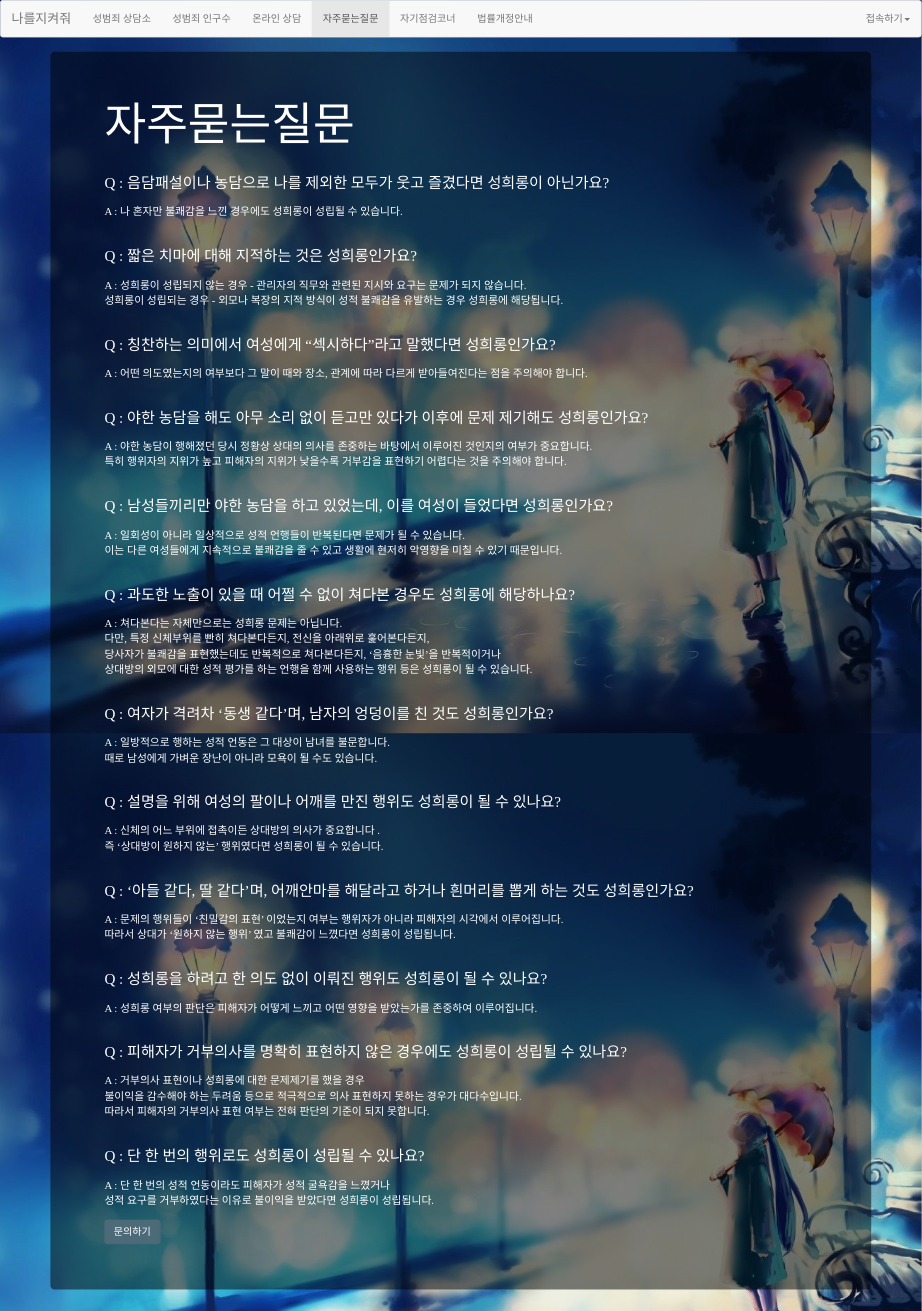
Repository: protection2453/Protect-Me
Page: http://localhost/BBS/question.jsp
These files come from the project's save history. The page is drawn as it stood at one moment and after the next save; the edit follows.
The browser window is 1280 px wide. The pictures show the whole page, at 72% of full size.
Backgrounds fixed to the window are drawn as part of the page. Some web fonts or font styles are not loaded; a fallback is used. Some web libraries are served in a nearby version. The page is served by Tomcat 9. Other server files are loaded and not shown.

Above is the page before, as saved 2019-08-22 06:46:21.

### source/DJHW_WEB/projects/BBS/WebContent/question.jsp
<%@ page language="java" contentType="text/html; charset=UTF-8"
    pageEncoding="UTF-8"%>
<%@ page import="java.io.PrintWriter" %>
<!DOCTYPE html>
<html>
<head>
<meta charset="UTF-8">
<meta name="viewport" content="width=device-width">
<link rel="stylesheet" href="css/bootstrap.css">
<link rel="stylesheet" href="css/custom.css">
<title>나를지켜줘</title>
</head>
<body>
	<%
	//==========자주묻는질문==========
		//세션이 유지되는지 검사
		String userID = null;
		if(session.getAttribute("userID") != null) {
			userID = (String) session.getAttribute("userID");
		}
	%>
	<nav class="navbar navbar-default">
		<div class="navbar-header">
			<button type="button" class="navbar-toggle collapsed"
				data-toggle="collapse" data-target="#bs-example-navbar-collapse-1"
				aria-expanded="false">
				<span class="icon-bar"></span>
				<span class="icon-bar"></span>
				<span class="icon-bar"></span>
			</button>
			<a class="navbar-brand" href="main.jsp">나를지켜줘</a>
		</div>
		<div class="collapse navbar-collapse" id="bs-example-navbar-collapse-1">
			<ul class="nav navbar-nav">
				<li><a href="main.jsp">성범죄 상담소</a></li>
				<li><a href="population.jsp">성범죄 인구수</a></li>
				<li><a href="bbs.jsp">온라인 상담</a></li>
				<li class="active"><a href="question.jsp">자주묻는질문</a></li>
				<li><a href="check.jsp">자기점검코너</a></li>
				<li><a href="law.jsp">법률개정안내</a></li>
				<%
				if("admin".equals(userID)) {
				%>
				<li><a href="admin.jsp">관리자페이지</a></li>
				<%
					}
				%>
			</ul>
			<%
				//세션이 없다면 -> 로그인, 회원가입 가능
				if(userID == null) {
			%>
			<ul class="nav navbar-nav navbar-right">
				<li class="dropdown">
					<a href="#" class="dropdown-toggle"
						data-toggle="dropdown" role="button" aria-haspopup="true"
						aria-expanded="false">접속하기<span class="caret"></span></a>
					<ul class="dropdown-menu">
						<li><a href="login.jsp">로그인</a></li>
						<li><a href="join.jsp">회원가입</a></li>
					</ul>
				</li>
			</ul>
			<%
				//세션이 있다면 -> 로그아웃, 회원탈퇴 가능
				} else {
			%>
			<ul class="nav navbar-nav navbar-right">
				<li class="dropdown">
					<a href="#" class="dropdown-toggle"
						data-toggle="dropdown" role="button" aria-haspopup="true"
						aria-expanded="false">회원관리<span class="caret"></span></a>
					<ul class="dropdown-menu">
						<li><a href="logoutAction.jsp">로그아웃</a></li>
						<li><a onclick="return confirm('정말로 탈퇴하시겠습니까?')" href="removeAction.jsp">회원탈퇴</a></li>
					</ul>
				</li>
			</ul>
			<%
				}
			%>
		</div>
	</nav>
	<div class="container">
		<div class="jumbotron">
			<div class="container">
				<h1>자주묻는질문</h1>
				<br />
				<p>Q : 음담패설이나 농담으로 나를 제외한 모두가 웃고 즐겼다면 성희롱이 아닌가요?</p>
				<p id="questionstring">A : 나 혼자만 불쾌감을 느낀 경우에도 성희롱이 성립될 수 있습니다.</p>
				<br />
				<p>Q : 짧은 치마에 대해 지적하는 것은 성희롱인가요?</p>
				<p id="questionstring">A : 성희롱이 성립되지 않는 경우 - 관리자의 직무와 관련된 지시와 요구는 문제가 되지 않습니다.
					<br />성희롱이 성립되는 경우 - 외모나 복장의 지적 방식이 성적 불쾌감을 유발하는 경우 성희롱에 해당됩니다.</p>
				<br />
				<p>Q : 칭찬하는 의미에서 여성에게 “섹시하다”라고 말했다면 성희롱인가요?</p>
				<p  id="questionstring">A : 어떤 의도였는지의 여부보다 그 말이 때와 장소, 관계에 따라 다르게 받아들여진다는 점을 주의해야 합니다.</p>
				<br />
				<p>Q : 야한 농담을 해도 아무 소리 없이 듣고만 있다가 이후에 문제 제기해도 성희롱인가요?</p>
				<p id="questionstring">A :  야한 농담이 행해졌던 당시 정황상 상대의 의사를 존중하는 바탕에서 이루어진 것인지의 여부가 중요합니다.
					<br />특히 행위자의 지위가 높고 피해자의 지위가 낮을수록 거부감을 표현하기 어렵다는 것을 주의해야 합니다.</p>
				<br />
				<p>Q : 남성들끼리만 야한 농담을 하고 있었는데, 이를 여성이 들었다면 성희롱인가요?</p>
				<p id="questionstring">A : 일회성이 아니라 일상적으로 성적 언행들이 반복된다면 문제가 될 수 있습니다.
					<br /> 이는 다른 여성들에게 지속적으로 불쾌감을 줄 수 있고 생활에 현저히 악영향을 미칠 수 있기 때문입니다.</p>
				<br />
				<p>Q : 과도한 노출이 있을 때 어쩔 수 없이 쳐다본 경우도 성희롱에 해당하나요?</p>
				<p id="questionstring">A : 쳐다본다는 자체만으로는 성희롱 문제는 아닙니다.
					<br /> 다만, 특정 신체부위를 빤히 쳐다본다든지, 전신을 아래위로 훑어본다든지,
					<br /> 당사자가 불쾌감을 표현했는데도 반복적으로 쳐다본다든지, ‘음흉한 눈빛’을 반복적이거나
					<br /> 상대방의 외모에 대한 성적 평가를 하는 언행을 함께 사용하는 행위 등은 성희롱이 될 수 있습니다.</p>
				<br />
				<p>Q : 여자가 격려차 ‘동생 같다’며, 남자의 엉덩이를 친 것도 성희롱인가요?</p>
				<p id="questionstring">A : 일방적으로 행하는 성적 언동은 그 대상이 남녀를 불문합니다.
					<br /> 때로 남성에게 가벼운 장난이 아니라 모욕이 될 수도 있습니다.</p>
				<br />
				<p>Q : 설명을 위해 여성의 팔이나 어깨를 만진 행위도 성희롱이 될 수 있나요?</p>
				<p id="questionstring">A : 신체의 어느 부위에 접촉이든 상대방의 의사가 중요합니다 .
					<br /> 즉 ‘상대방이 원하지 않는’ 행위였다면 성희롱이 될 수 있습니다.</p>
				<br />
				<p>Q : ‘아들 같다, 딸 같다’며, 어깨안마를 해달라고 하거나 흰머리를 뽑게 하는 것도 성희롱인가요?</p>
				<p id="questionstring">A : 문제의 행위들이 ‘친밀감의 표현’ 이었는지 여부는 행위자가 아니라 피해자의 시각에서 이루어집니다.
					<br /> 따라서 상대가 ‘원하지 않는 행위’ 였고 불쾌감이 느꼈다면 성희롱이 성립됩니다.</p>
				<br />
				<p>Q : 성희롱을 하려고 한 의도 없이 이뤄진 행위도 성희롱이 될 수 있나요?</p>
				<p id="questionstring">A : 성희롱 여부의 판단은 피해자가 어떻게 느끼고 어떤 영향을 받았는가를 존중하여 이루어집니다.</p>
				<br />
				<p>Q : 피해자가 거부의사를 명확히 표현하지 않은 경우에도 성희롱이 성립될 수 있나요?</p>
				<p id="questionstring">A : 거부의사 표현이나 성희롱에 대한 문제제기를 했을 경우
					<br /> 불이익을 감수해야 하는 두려움 등으로 적극적으로 의사 표현하지 못하는 경우가 대다수입니다.
					<br /> 따라서 피해자의 거부의사 표현 여부는 전혀 판단의 기준이 되지 못합니다.</p>
				<br />
				<p>Q : 단 한 번의 행위로도 성희롱이 성립될 수 있나요?</p>
				<p id="questionstring">A : 단 한 번의 성적 언동이라도 피해자가 성적 굴욕감을 느꼈거나
					<br /> 성적 요구를 거부하였다는 이유로 불이익을 받았다면 성희롱이 성립됩니다.</p>

				<p><a class="btn btn-primary btn-pull" href="#" role="button">문의하기</a>
			</div>
		</div>
	</div>
	<script src="https://code.jquery.com/jquery-3.1.1.min.js"></script>
	<script src="js/bootstrap.js"></script>
</body>
</html>

### source/DJHW_WEB/projects/BBS/WebContent/css/custom.css
@import url(http://fonts.googleapis.com/earlyaccess/nanumgothic.css);
@import url(http://fonts.googleapis.com/earlyaccess/hanna.css);
*{
	font-family : 'Nanum Gothic';
}
h1 {
	font-family : 'Hanna';
}
body {
	background : no-repeat right center fixed;
	background-image : url("../images/night.jpg");
	background-size : cover;
}
.navbar-brand {
	font-family : 'Hanna';
}
#substring {
	font-size : 12px;
}
#questionstring {
	font-size : 15px;
}
#checkstring {
	font-size : 15px;
}
.jumbotron{
	color : white;
	background-color: rgba( 0, 0, 0, 0.5 );
}
.row{
	color : white;
}
.table{
	background-color: rgba( 0, 0, 0, 0.1 );
	text-align: center;
}
thead{
	background-color: rgba( 0, 0, 0, 0.6 );
	font-weight: bold;
}
th{
	text-align: center;
}
.form-control{
	background-color:rgba( 255, 255, 255, 0.1 );
	color: white;
	border: none;
}
iframe{
	border-radius: 5px;
}
select::-ms-expand { display: none; }
select{
	appearance: none;
	-webkit-appearance: none;

	width: 100%;
	color: black;
	padding: .3em .3em;
	font-family: inherit;
	border: none;
}

Loaded but not shown: source/DJHW_WEB/projects/BBS/WebContent/css/bootstrap.css (library); source/DJHW_WEB/projects/BBS/WebContent/js/bootstrap.js (library)

After the next save:
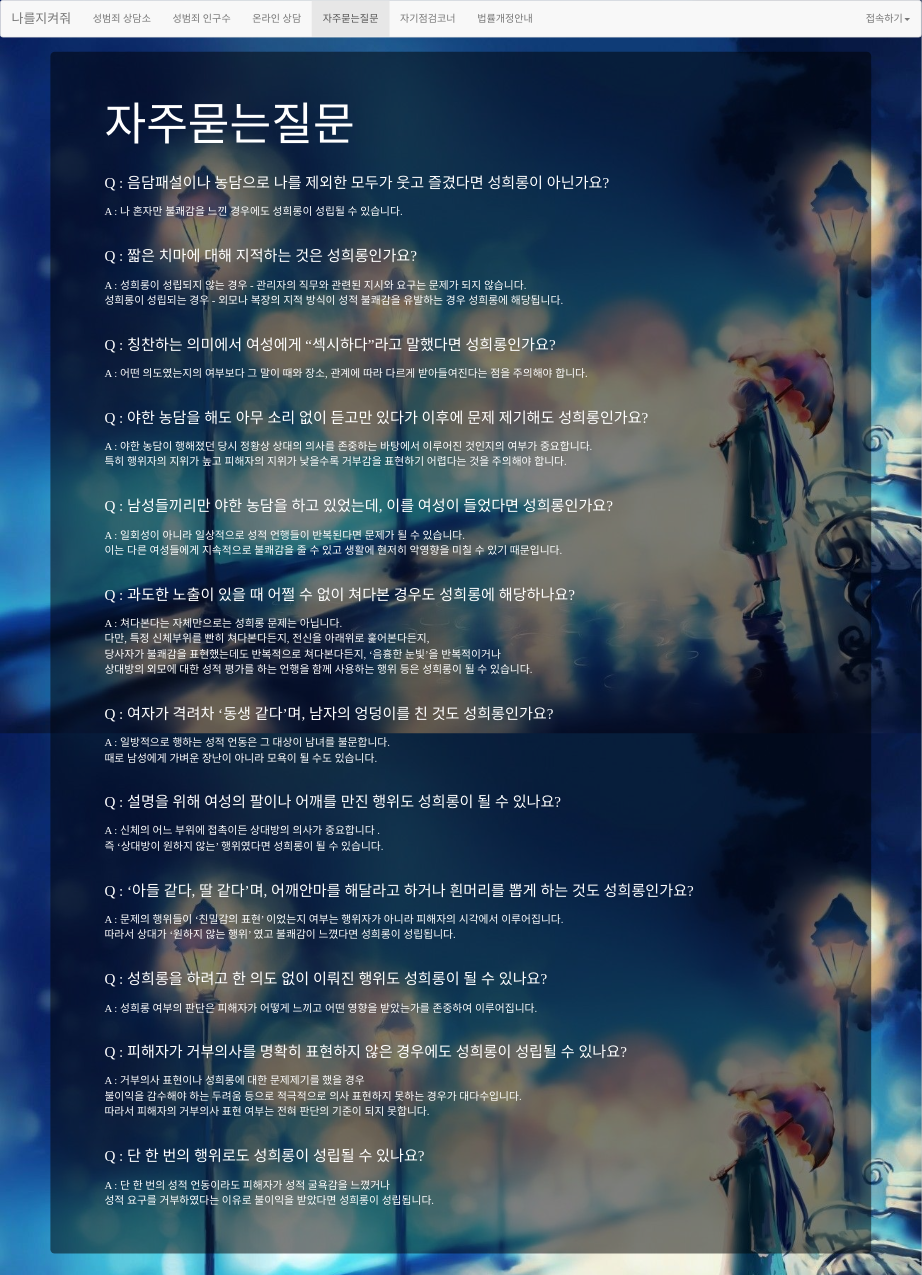
Saved 11 s later.
--- a/source/DJHW_WEB/projects/BBS/WebContent/question.jsp
+++ b/source/DJHW_WEB/projects/BBS/WebContent/question.jsp
@@ -134,7 +134,6 @@
 				<p id="questionstring">A : 단 한 번의 성적 언동이라도 피해자가 성적 굴욕감을 느꼈거나
 					<br /> 성적 요구를 거부하였다는 이유로 불이익을 받았다면 성희롱이 성립됩니다.</p>
 
-				<p><a class="btn btn-primary btn-pull" href="#" role="button">문의하기</a>
 			</div>
 		</div>
 	</div>
